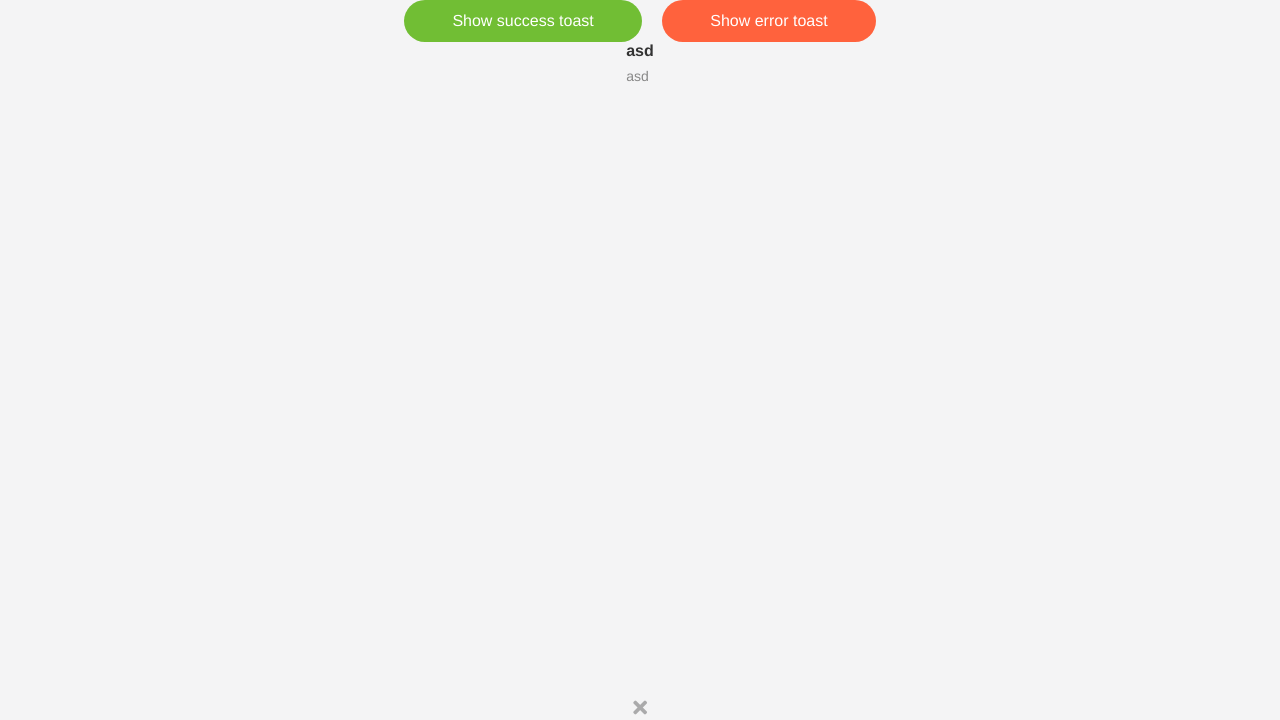
Repository: vuongtm1999/Toast_Message
Page: toast-message.html
The author's editor kept a copy of each file at every save. The page is drawn from the files as they stood at one save, then again after the next save.
The browser window is 1280 px wide. The pictures show the whole page.

Above is the page before, as saved 2022-09-01 12:38:36.

After the next save:
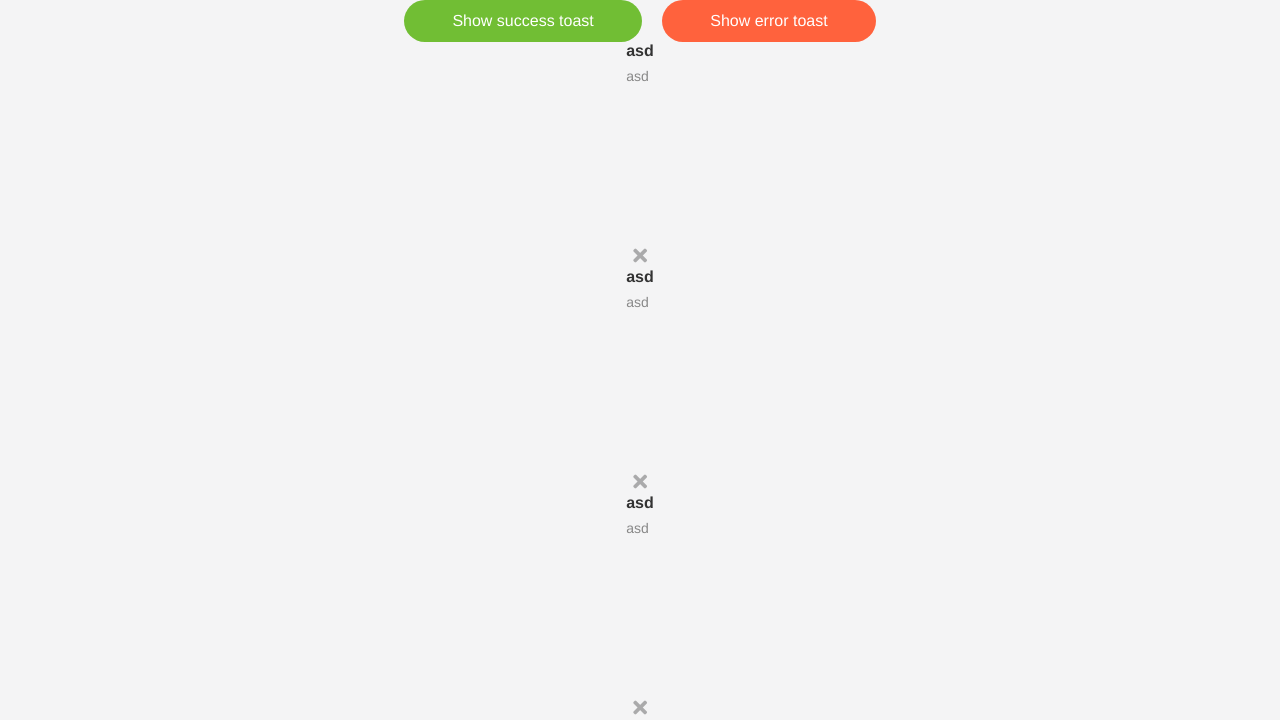
Saved 69 s later.
--- a/toast-message.html
+++ b/toast-message.html
@@ -19,6 +19,32 @@
         <div onclick="showErrorToast();" class="btn btn--danger">Show error toast</div>
     </div>
 
+
+    <!-- success -->
+    <div class="toast__icon">
+        <i class="${}"></i>
+    </div>
+    <div class="toast__body">
+        <h3 class="toast__title">asd</h3>
+        <p class="toast__msg">asd</p>
+    </div>
+    <div class="toast__close">
+        <i class="fas fa-times"></i>
+    </div>
+
+    <!-- warming -->
+    <div class="toast__icon">
+        <i class="${}"></i>
+    </div>
+    <div class="toast__body">
+        <h3 class="toast__title">asd</h3>
+        <p class="toast__msg">asd</p>
+    </div>
+    <div class="toast__close">
+        <i class="fas fa-times"></i>
+    </div>
+
+    <!-- danger -->
     <div class="toast__icon">
         <i class="${}"></i>
     </div>
